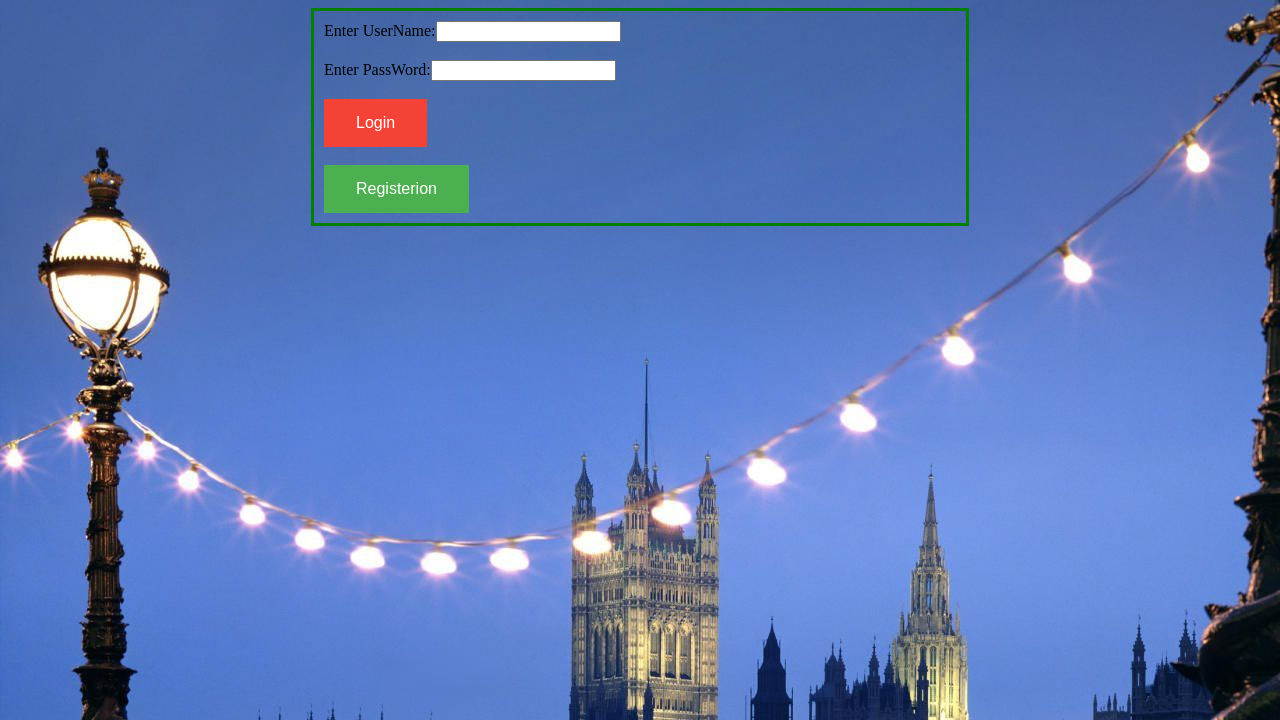
Repository: srikanthModugu/jdbc-servlet-jsp
Page: SutudentRegistration/WebContent/LoginPage.html
An editor plug-in stored every save of this project. The page is shown before and after the next save, followed by the edit.
The browser window is 1280 px wide. The pictures show the whole page.

Above is the page before, as saved 2017-10-02 14:34:13.

### SutudentRegistration/WebContent/LoginPage.html
<!DOCTYPE html>
<html>
<head>
<style type="text/css">
.button {
    background-color: #4CAF50; /* Green */
    border: none;
    color: white;
    padding: 15px 32px;
    text-align: center;
    text-decoration: none;
    display: inline-block;
    font-size: 16px;
}
 .center {
    margin: auto;
    width: 50%;
    border: 3px solid green;
    padding: 10px;
    top: 20px;
}
.button1 {background-color: #f44336;}
</style>
<meta charset="UTF-8">
<title>Insert title here</title>
</head>

<body  background="secongBg.jpg">
<form action="login" method="get" class="center">

Enter UserName:<input type="text" name="Uname"/><br><br>
Enter PassWord:<input type="text" name="passWord"/><br><br>
 <input class="button button1" type="submit" value="Login"/><br><br>
  <button class="button" type="submit" formaction="Registration.html">Registerion</button>

</form>

</body>
</html>

After the next save:
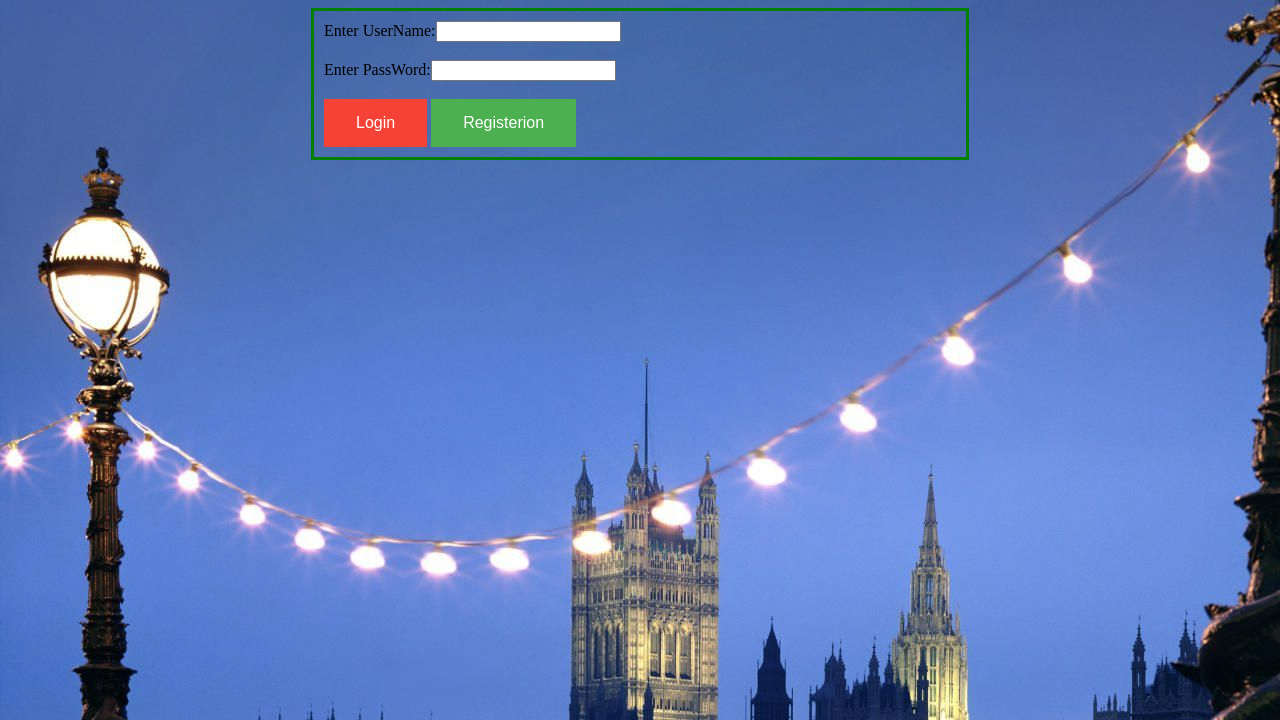
Saved 19 s later.
--- a/SutudentRegistration/WebContent/LoginPage.html
+++ b/SutudentRegistration/WebContent/LoginPage.html
@@ -30,7 +30,7 @@
 
 Enter UserName:<input type="text" name="Uname"/><br><br>
 Enter PassWord:<input type="text" name="passWord"/><br><br>
- <input class="button button1" type="submit" value="Login"/><br><br>
+ <input class="button button1" type="submit" value="Login"/>
   <button class="button" type="submit" formaction="Registration.html">Registerion</button>
 
 </form>
